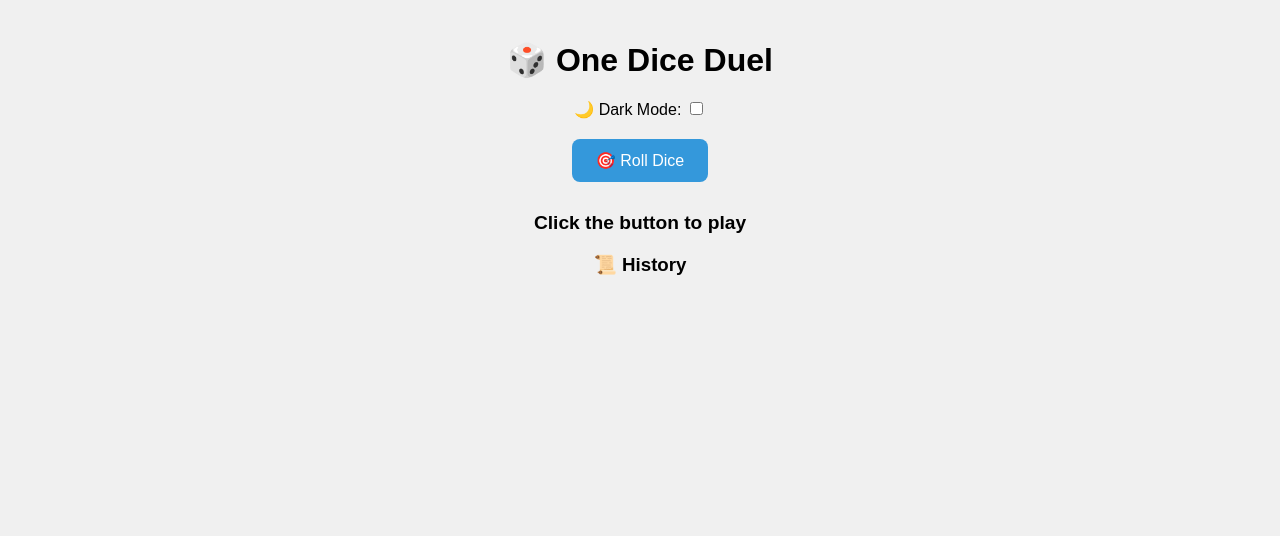
Repository: alokanand524/anand-portfolio
Page: games/dice-game/index.html
An editor plug-in stored every save of this project. The page is shown before and after the next save, followed by the edit.
The browser window is 1280 px wide. The pictures show the whole page.

Above is the page before, as saved 2025-07-31 15:11:39.

### games/dice-game/index.html
<!DOCTYPE html>
<html lang="en">
<head>
  <meta charset="UTF-8" />
  <meta name="viewport" content="width=device-width, initial-scale=1.0"/>
  <title>🎲 Dice Duel</title>
  <link rel="stylesheet" href="style.css" />
  <script src="https://code.jquery.com/jquery-3.6.0.min.js"></script>
</head>
<body>
  <div class="game-container">
    <h1>🎲 One Dice Duel</h1>

    <label class="dark-toggle">
      🌙 Dark Mode:
      <input type="checkbox" id="dark-mode-toggle" />
    </label>

    <!-- <div class="dice-section">
      <div class="player">
        <h2>👤 You</h2>
        <div class="dice" id="player-dice">🎲</div>
        <p id="player-score">Score: 0</p>
      </div>
      <div class="computer">
        <h2>🤖 Computer</h2>
        <div class="dice" id="computer-dice">🎲</div>
        <p id="computer-score">Score: 0</p>
      </div>
    </div> -->

    <button id="roll-btn">🎯 Roll Dice</button>
    <div id="result">Click the button to play</div>

    <h3>📜 History</h3>
    <ul id="history-log"></ul>
  </div>

  <audio id="roll-sound" src="https://assets.mixkit.co/sfx/preview/mixkit-dice-roll-1053.mp3"></audio>
  <audio id="win-sound" src="https://assets.mixkit.co/sfx/preview/mixkit-game-win-2016.mp3"></audio>
  <audio id="lose-sound" src="https://assets.mixkit.co/sfx/preview/mixkit-losing-piano-2024.mp3"></audio>

  <script src="script.js"></script>
</body>
</html>

### games/dice-game/style.css
body {
  font-family: Arial, sans-serif;
  background-color: #f0f0f0;
  margin: 0;
  padding: 0;
  text-align: center;
}

.game-container {
  max-width: 600px;
  margin: auto;
  padding: 20px;
}

h1 {
  font-size: 2rem;
  margin-bottom: 20px;
}

.dice-section {
  display: flex;
  justify-content: space-around;
  flex-wrap: wrap;
  margin-bottom: 20px;
}

.player, .computer {
  flex: 1 1 40%;
  margin-bottom: 20px;
}

.dice {
  font-size: 5rem;
  padding: 10px;
  transition: transform 0.3s;
}

.dice.animate {
  transform: rotate(360deg) scale(1.2);
}

#roll-btn {
  padding: 12px 24px;
  font-size: 1rem;
  background-color: #3498db;
  color: white;
  border: none;
  border-radius: 8px;
  cursor: pointer;
  margin-bottom: 20px;
}

#roll-btn:hover {
  background-color: #2980b9;
}

#result {
  font-size: 1.2rem;
  font-weight: bold;
  margin: 10px 0 20px;
}

#history-log {
  list-style-type: none;
  padding: 0;
}

.dark-toggle {
  margin-bottom: 20px;
  display: block;
  font-size: 1rem;
}

/* Dark mode */
body.dark {
  background-color: #212121;
  color: #fff;
}

body.dark .dice {
  background-color: #21212100;
}

body.dark #roll-btn {
  background-color: #555;
}

body.dark #roll-btn:hover {
  background-color: #666;
}

@media (max-width: 600px) {
  .dice-section {
    flex-direction: column;
    align-items: center;
  }

  .dice {
    font-size: 4rem;
  }

  #roll-btn {
    width: 80%;
    font-size: 1rem;
  }
}

### games/dice-game/script.js
const diceFaces = ['⚀','⚁','⚂','⚃','⚄','⚅'];
let playerScore = 0;
let computerScore = 0;
let round = 0;

const rollSound = document.getElementById('roll-sound');
const winSound = document.getElementById('win-sound');
const loseSound = document.getElementById('lose-sound');

function rollDie() {
  // Roll returns value from 0-5
  return Math.floor(Math.random() * 6);
}

function updateDice($elem, roll) {
  $elem.addClass('animate').text(diceFaces[roll]);
  setTimeout(() => $elem.removeClass('animate'), 300);
}

function updateScores() {
  $('#player-score').text(`Score: ${playerScore}`);
  $('#computer-score').text(`Score: ${computerScore}`);
}

function saveToLocal() {
  localStorage.setItem('playerScore', playerScore);
  localStorage.setItem('computerScore', computerScore);
  localStorage.setItem('historyLog', $('#history-log').html());
}

function loadFromLocal() {
  if (localStorage.getItem('playerScore')) {
    playerScore = parseInt(localStorage.getItem('playerScore'));
    computerScore = parseInt(localStorage.getItem('computerScore'));
    $('#history-log').html(localStorage.getItem('historyLog'));
  }
  updateScores();
}

function playRound() {
  rollSound.play();
  round++;

  const playerRoll = rollDie();
  const computerRoll = rollDie();

  // Show dice faces (index from 0)
  updateDice($('#player-dice'), playerRoll);
  updateDice($('#computer-dice'), computerRoll);

  // Convert roll to real values (1–6)
  const playerValue = playerRoll + 1;
  const computerValue = computerRoll + 1;

  let result = '';
  if (playerValue > computerValue) {
    playerScore++;
    winSound.play();
    result = '🎉 You win!';
  } else if (playerValue < computerValue) {
    computerScore++;
    loseSound.play();
    result = '😢 Computer wins!';
  } else {
    result = '🤝 Tie!';
  }

  $('#result').text(result);
  $('#history-log').prepend(
    `<li>Round ${round}: You ${diceFaces[playerRoll]} (${playerValue}) vs ${diceFaces[computerRoll]} (${computerValue}) → ${result}</li>`
  );

  updateScores();
  saveToLocal();
}

function setupDarkMode() {
  const toggle = $('#dark-mode-toggle');
  const darkPref = localStorage.getItem('darkMode') === 'true';
  if (darkPref) {
    $('body').addClass('dark');
    toggle.prop('checked', true);
  }

  toggle.change(function () {
    $('body').toggleClass('dark');
    localStorage.setItem('darkMode', $(this).is(':checked'));
  });
}

$(document).ready(function () {
  setupDarkMode();
  loadFromLocal();
  $('#roll-btn').click(playRound);
});

After the next save:
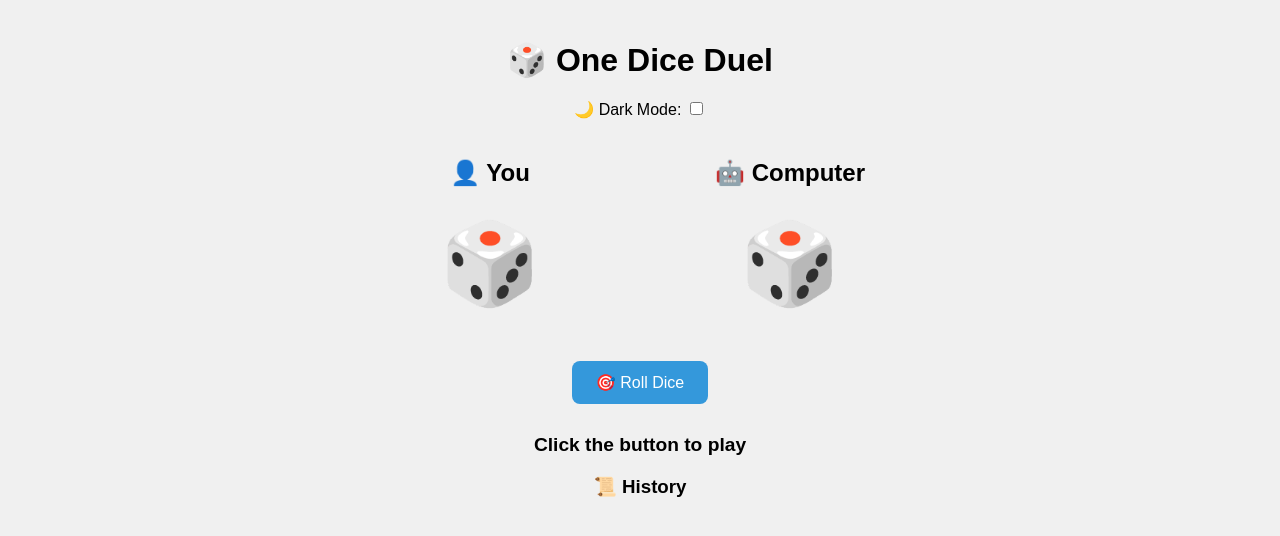
Saved 14 s later.
--- a/games/dice-game/index.html
+++ b/games/dice-game/index.html
@@ -16,18 +16,18 @@
       <input type="checkbox" id="dark-mode-toggle" />
     </label>
 
-    <!-- <div class="dice-section">
+    <div class="dice-section">
       <div class="player">
         <h2>👤 You</h2>
         <div class="dice" id="player-dice">🎲</div>
-        <p id="player-score">Score: 0</p>
+        <!-- <p id="player-score">Score: 0</p> -->
       </div>
       <div class="computer">
         <h2>🤖 Computer</h2>
         <div class="dice" id="computer-dice">🎲</div>
-        <p id="computer-score">Score: 0</p>
+        <!-- <p id="computer-score">Score: 0</p> -->
       </div>
-    </div> -->
+    </div>
 
     <button id="roll-btn">🎯 Roll Dice</button>
     <div id="result">Click the button to play</div>
